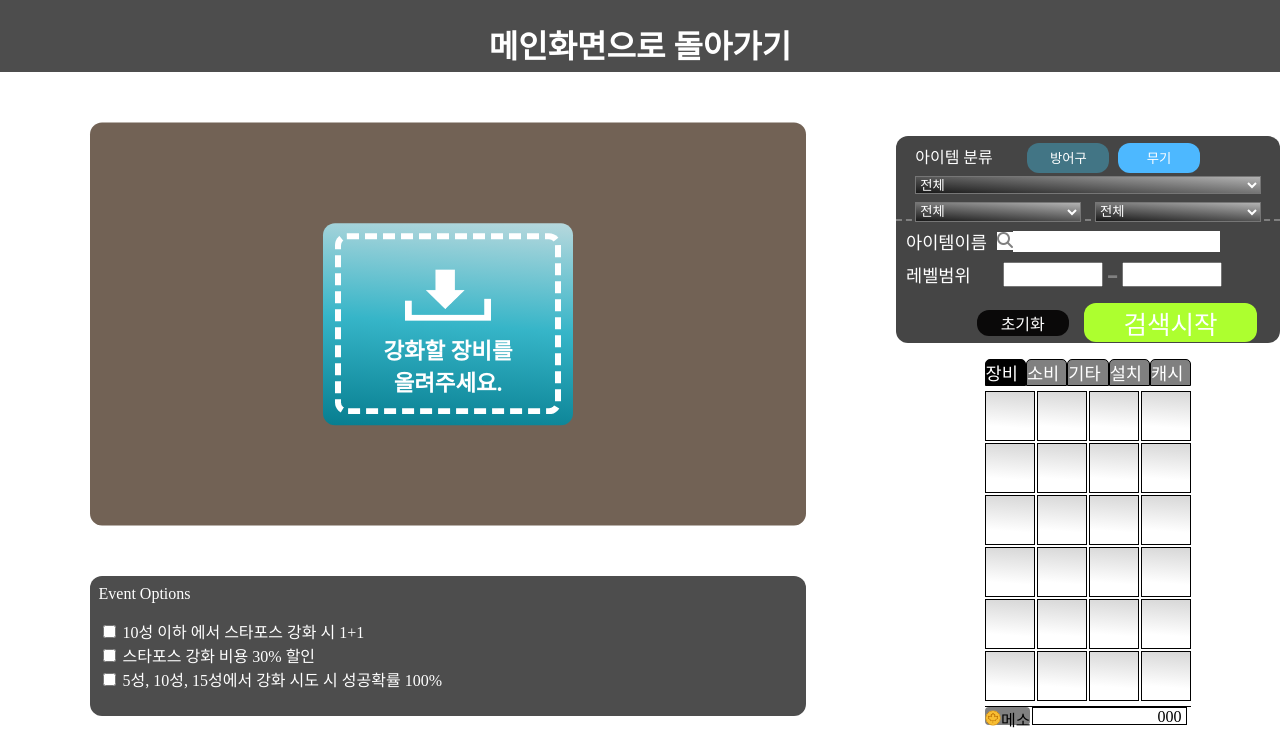
Repository: Unique0902/maple-sim
Page: starsim.html
An editor plug-in stored every save of this project. The page is shown before and after the next save, followed by the edit.
The browser window is 1280 px wide. The pictures show the whole page.
Some web libraries are served in a nearby version.

Above is the page before, as saved 2022-07-19 14:16:11.

After the next save:
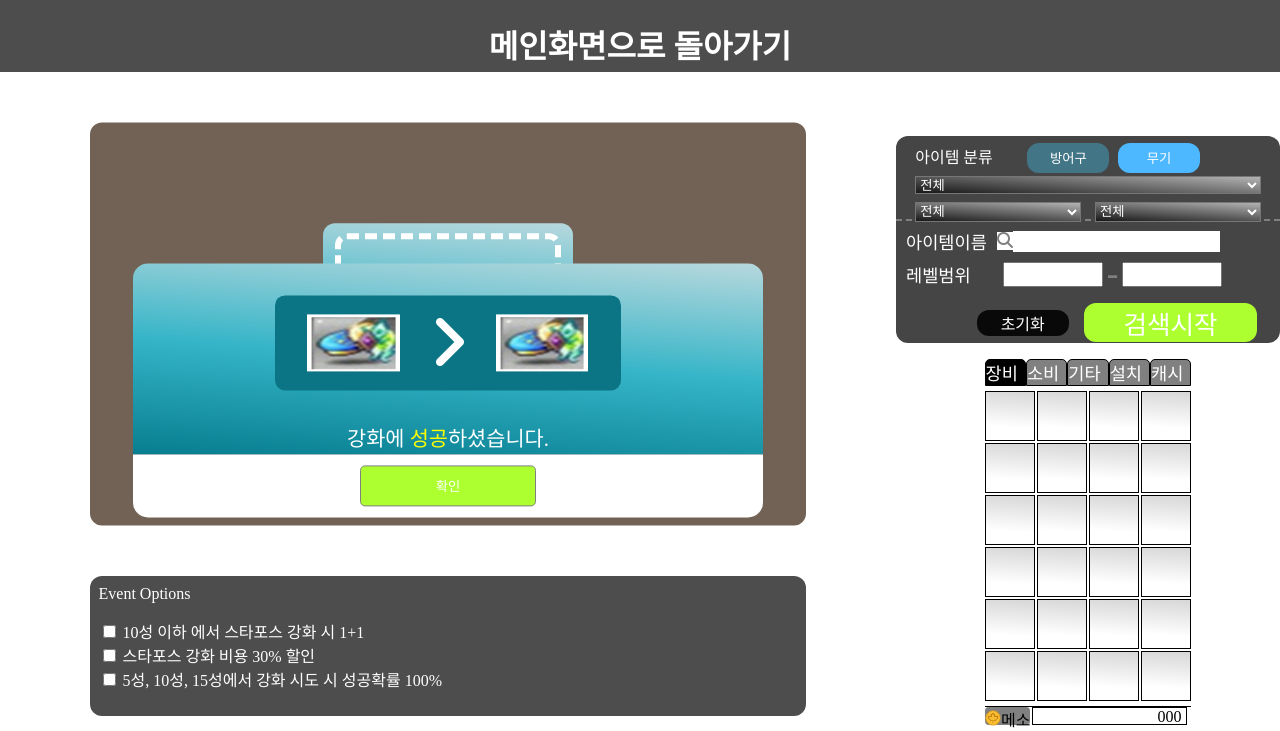
Saved 76 min 39 s later.
--- a/starsim.html
+++ b/starsim.html
@@ -139,7 +139,7 @@
               </button>
             </div>
           </div>
-          <div class="reinforceResultBox none">
+          <div class="reinforceResultBox">
             <div class="reinforceResultBox__mainBlock">
               <div class="reinforceResultBox__imgChangeBlock">
                 <div class="imgChangeBlock__beforeBlock">
